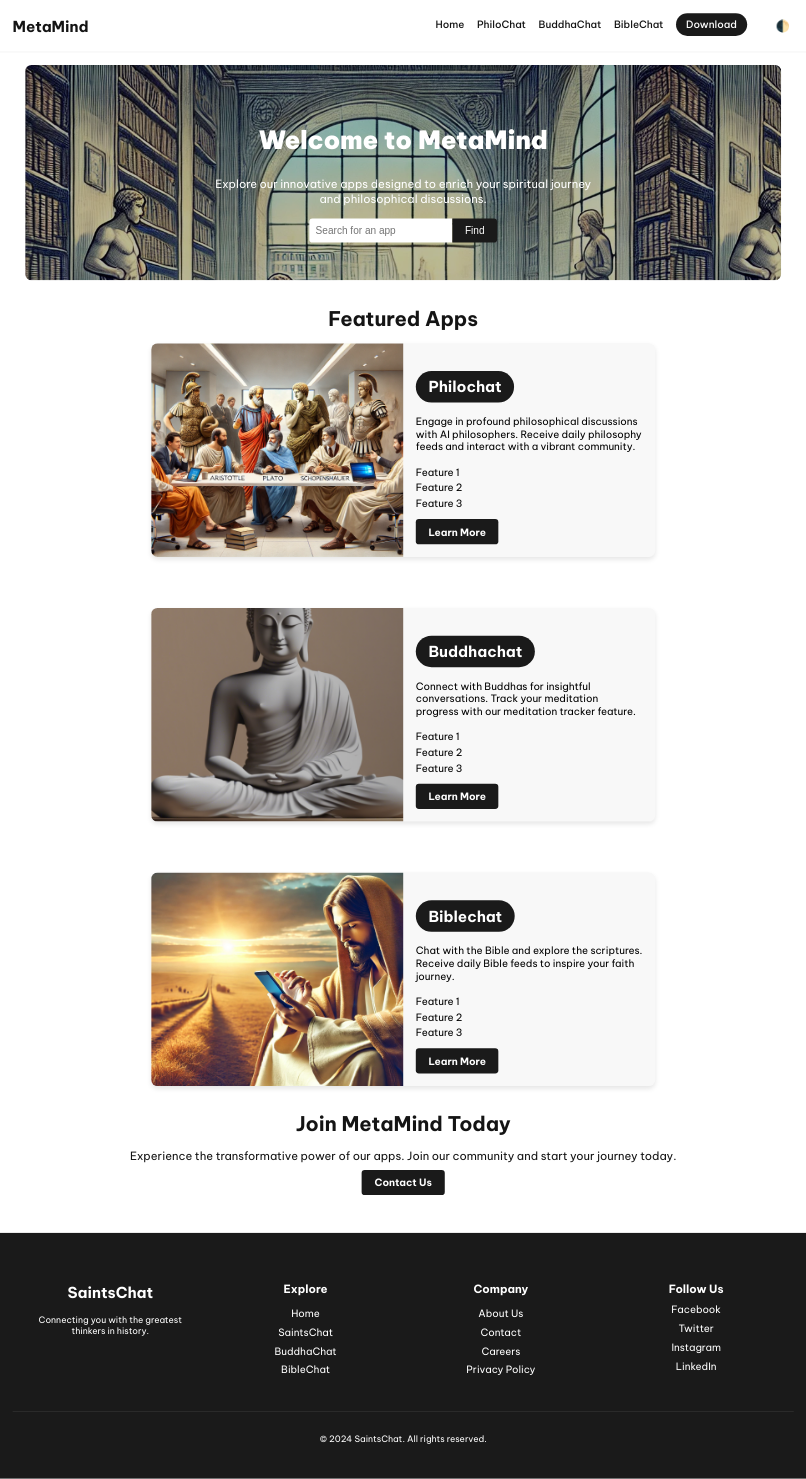
Repository: HSfac/EthosMindWeb
Page: /
The author's editor kept a copy of each file at every save. The page is drawn from the files as they stood at one save, then again after the next save.
The browser window is 1280 px wide. The pictures show the whole page, at 63% of full size.
The project was rebuilt for these pictures with package versions that can differ from the ones it lists, and the page was loaded fresh each time. Also part of the build but not shown: src/pages/SaintsChat.css, src/pages/SaintsChat.jsx, src/pages/BuddhaChat.css, src/pages/BuddhaChat.jsx, src/pages/BibleChat.css, src/pages/BibleChat.jsx, src/pages/Download.css, src/pages/Download.jsx.

Above is the page before, as saved 2024-07-21 20:27:09.

After the next save:
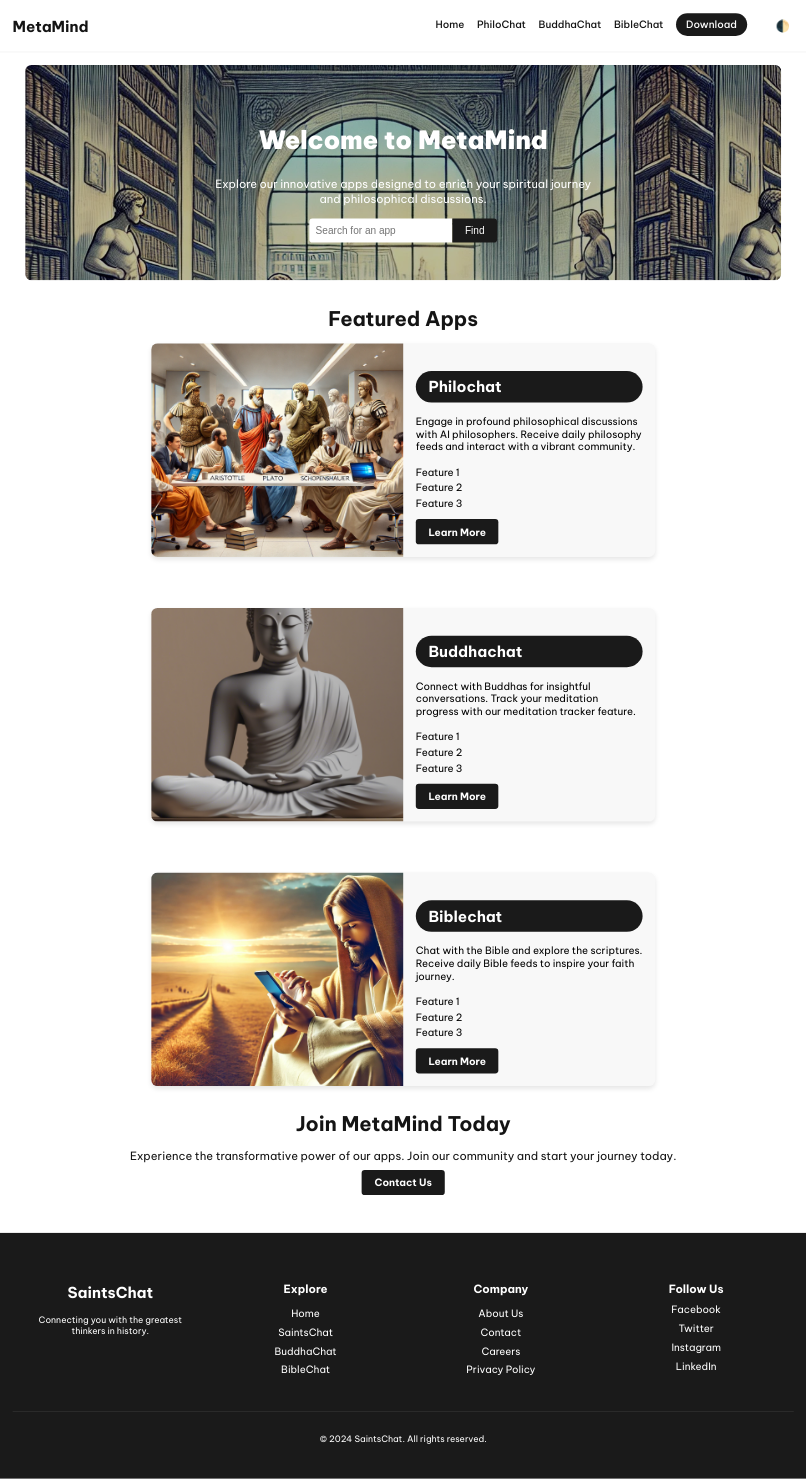
Saved 26 min 23 s later.
--- a/src/pages/Home.css
+++ b/src/pages/Home.css
@@ -127,14 +127,14 @@ body {
 .home-app-title {
   font-size: 24px;
   font-weight: bold;
-  background-color: var(--button-background-color);
-  color: var(--button-text-color);
-  padding: 10px 20px;
-  border-radius: 50px;
+  color: var(--text-color);
+  background-color: var(--button-background-color);
+  color: var(--button-text-color);
+  padding: 10px 20px;
+  border-radius: 50px; /* 라운딩 처리 */
   display: inline-block;
   margin-bottom: 10px;
-  white-space: nowrap;
-  max-width: fit-content;
+  white-space: nowrap; /* 텍스트에 맞추어 크기 조정 */
 }
 
 .home-app-description {
